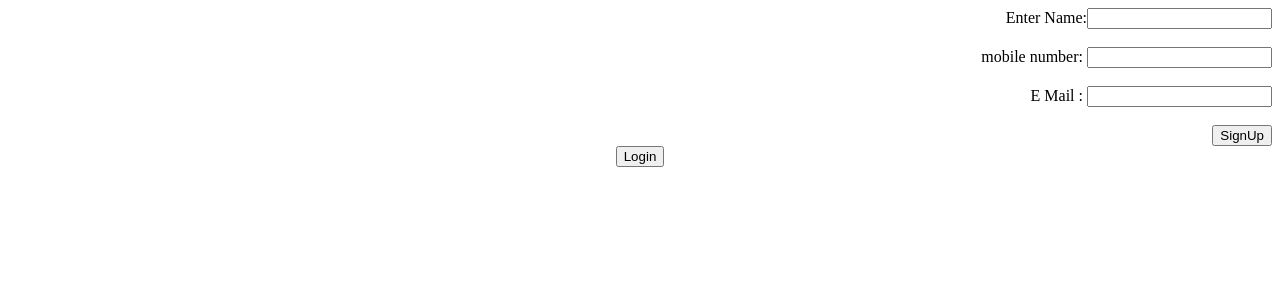
Repository: selvakumar46/Project-Maven
Page: http://localhost/ProjectKFC/Register.jsp
These files come from the project's save history. The page is drawn as it stood at one moment and after the next save; the edit follows.
The browser window is 1280 px wide. The pictures show the whole page.
The page is served by Tomcat 9. Nobody is signed in. The application's start-up code is not run.

Above is the page before, as saved 2022-01-07 03:29:33.

After the next save:
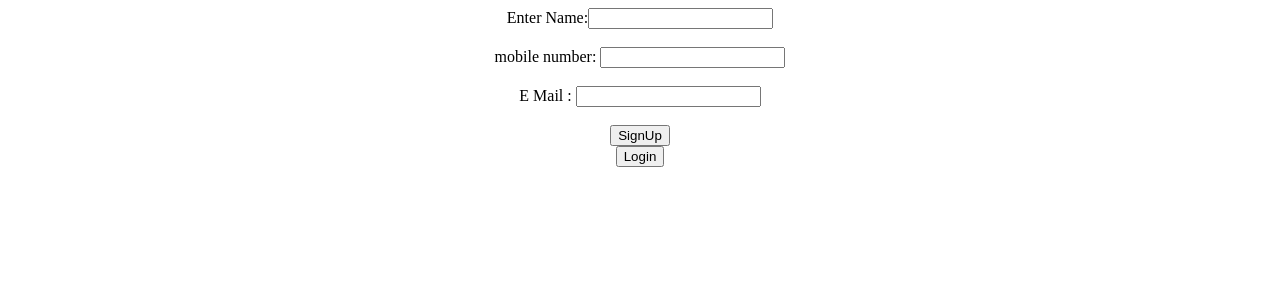
Saved 21 s later.
--- a/ProjectKFC/src/main/webapp/Register.jsp
+++ b/ProjectKFC/src/main/webapp/Register.jsp
@@ -7,19 +7,6 @@
 <meta http-equiv="X-UA-Compatible" content="IE=edge">
 <meta name="viewport" content="width=device-width, initial-scale=1.0">
 <title>Register Kfc</title>
-<style>
- div {
- 	display: inline-block
-        margin-bottom: 35px;
-        text-align: right;
-      }
-      label {
-        display: inline-block;
-        width: 155px;
-        text-align: right;
-      }
-
-</style>
 
 </head>
 <body>
